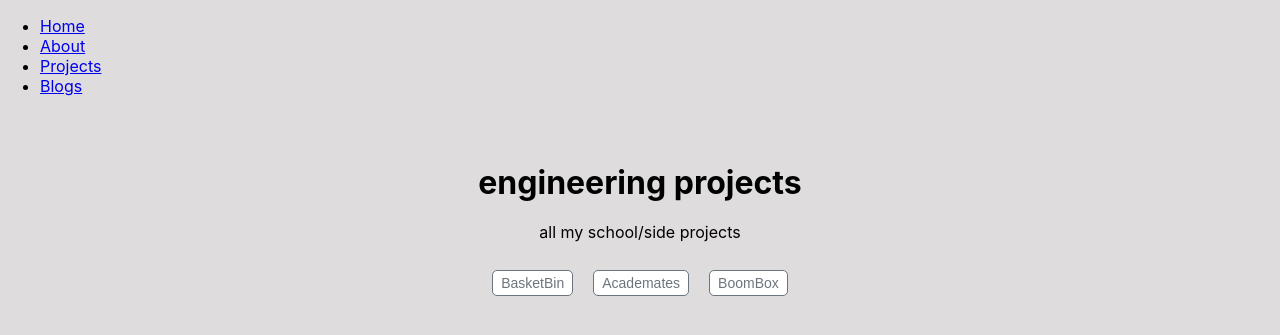
Repository: nicholaschen09/personalWebsite
Page: /projects/engineering
An editor plug-in stored every save of this project. The page is shown before and after the next save, followed by the edit.
The browser window is 1280 px wide. The pictures show the whole page.
The project was rebuilt for these pictures with package versions that can differ from the ones it lists, and the page was loaded fresh each time. Also part of the build but not shown: src/components/About.css, src/components/About.js, src/components/Home.js, src/components/Projects.css, src/components/Projects.js, src/components/Blog.css, src/components/Blog.js, src/components/Miscellaneous.css and 4 more.

Above is the page before, as saved 2024-08-10 11:01:13.

After the next save:
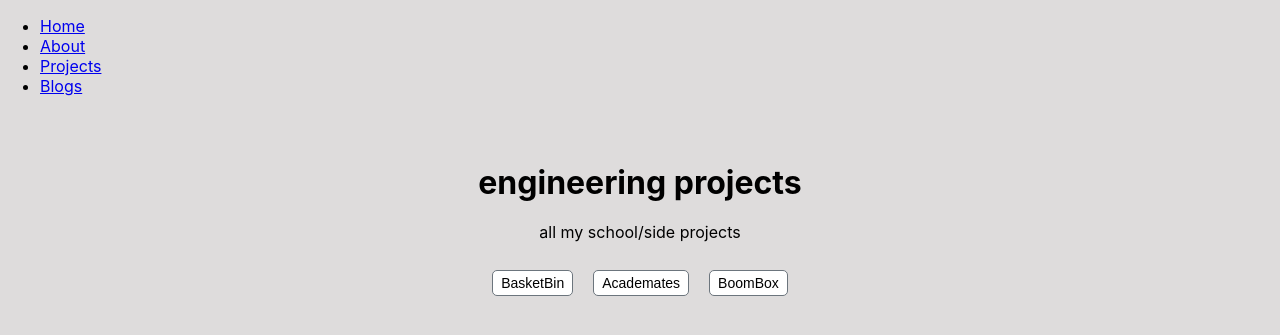
Saved 16 s later.
--- a/src/components/Engineering.css
+++ b/src/components/Engineering.css
@@ -16,7 +16,7 @@
     border: 1px solid #6c757d; /* Grey border */
     padding: 4px 8px; /* Smaller padding */
     background-color: #fff; /* White background */
-    color: #6c757d; /* Grey text */
+    color: #000000; /* Grey text */
     cursor: pointer;
     font-size: 14px; /* Smaller font size */
     transition: background-color 0.3s, color 0.3s;
